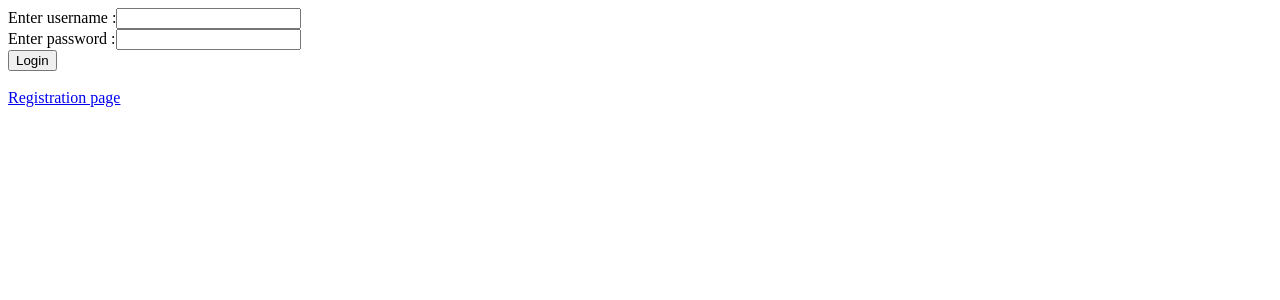
Repository: arpanaK123/Login_Page
Page: REGISTRATION/WebContent/index.html
An editor plug-in stored every save of this project. The page is shown before and after the next save, followed by the edit.
The browser window is 1280 px wide. The pictures show the whole page.

Above is the page before, as saved 2018-07-03 09:07:35.

After the next save:
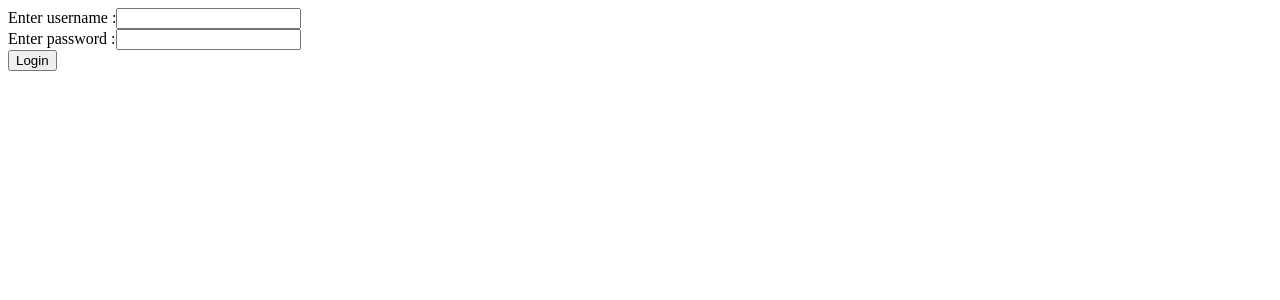
Saved 56 s later.
--- a/REGISTRATION/WebContent/index.html
+++ b/REGISTRATION/WebContent/index.html
@@ -11,8 +11,5 @@
 		<input type="submit" value="Login">
 	</form>
 
-	<br />
-	<a href="Registration">Registration page</a>
-
 </body>
 </html>
